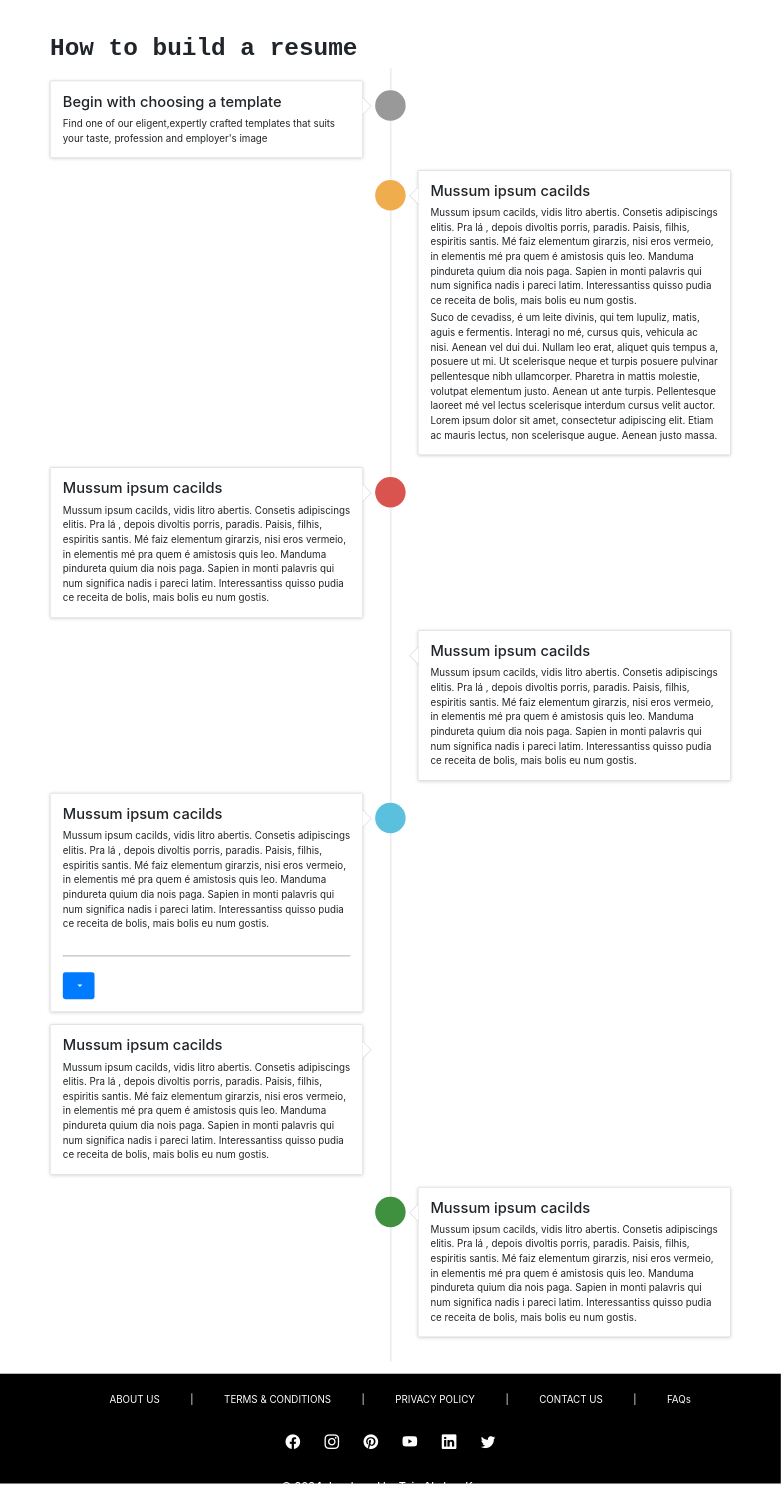
Repository: Tejaakshaykumar/MakeMyVita-Resume-Builder-Website
Page: / (app in frontend/)
These files come from the project's save history. The page is drawn as it stood at one moment and after a run of saves; the edit follows.
The browser window is 1280 px wide. The pictures show the whole page, at 61% of full size.
Some icons come from a web library that is not loaded, so they are not drawn. Some web fonts or font styles are not loaded; a fallback is used. Some web libraries are served in a nearby version. The project was rebuilt for these pictures with package versions that can differ from the ones it lists, and the page was loaded fresh each time. Also part of the build but not shown: frontend/src/App.css, frontend/src/containers/Navbar.js, frontend/src/containers/About.js, frontend/src/containers/Buildresume.js, frontend/src/containers/Images.js, frontend/src/containers/Features.js, frontend/src/containers/Review.js, frontend/src/containers/Trybox.js and 24 more.

Above is the page before, as saved 2024-06-16 23:23:41.

### frontend/public/index.html
<!DOCTYPE html>
<html lang="en">
  <head>
    <meta charset="utf-8" />
    <link rel="icon" href="../src/images/HubSpot Brand Kit (1)/Logo/JPEG/Favicon-32x32.jpeg" />
    <meta name="viewport" content="width=device-width, initial-scale=1" />
    <meta name="theme-color" content="#000000" />
    <meta
      name="description"
      content="Web site created using create-react-app"
    />
    <link rel="apple-touch-icon" href="../src/images/HubSpot Brand Kit (1)/Logo/JPEG/Favicon-32x32.jpeg" />
    <link rel="manifest" href="%PUBLIC_URL%/manifest.json" />
    <link rel="stylesheet" href="https://stackpath.bootstrapcdn.com/bootstrap/4.5.2/css/bootstrap.min.css">
  <link rel="stylesheet" href="https://stackpath.bootstrapcdn.com/font-awesome/4.7.0/css/font-awesome.min.css">
  <link href="https://cdn.jsdelivr.net/npm/bootstrap@5.3.3/dist/css/bootstrap.min.css" rel="stylesheet" integrity="sha384-QWTKZyjpPEjISv5WaRU9OFeRpok6YctnYmDr5pNlyT2bRjXh0JMhjY6hW+ALEwIH" crossorigin="anonymous">
  <link href="https://cdn.jsdelivr.net/npm/bootstrap-icons@1.7.2/font/bootstrap-icons.css" rel="stylesheet">
  <link rel="stylesheet" href="https://cdnjs.cloudflare.com/ajax/libs/bootstrap-icons/1.10.0/font/bootstrap-icons.min.css">
  <title>MakeMyVita</title>
  </head>
  <body>
    <noscript>You need to enable JavaScript to run this app.</noscript>
    <div id="root"></div>
  </body>
  <script src="https://cdn.jsdelivr.net/npm/bootstrap@5.3.3/dist/js/bootstrap.bundle.min.js" integrity="sha384-YvpcrYf0tY3lHB60NNkmXc5s9fDVZLESaAA55NDzOxhy9GkcIdslK1eN7N6jIeHz" crossorigin="anonymous"></script>
</html>

### frontend/src/containers/Howitworks.js
import React from 'react'

function Howitworks ()  {
    return (
        <div className="container">
        <div className="page-header">
          <h1 id="timeline">How to build a resume</h1>
        </div>
        <ul className="timeline">
          <li>
            <div className="timeline-badge">
              <i className="glyphicon glyphicon-check" />
            </div>
            <div className="timeline-panel">
              <div className="timeline-heading">
                <h4 className="timeline-title">Begin with choosing a template</h4>
                {/* <p>
                  <small className="text-muted">
                    <i className="glyphicon glyphicon-time" /> 11 hours ago via
                    Twitter
                  </small>
                </p> */}
              </div>
              <div className="timeline-body">
                <p>
                  Find one of our eligent,expertly crafted templates that suits your taste,
                  profession and employer's image
                </p>
              </div>
            </div>
          </li>
          <li className="timeline-inverted">
            <div className="timeline-badge warning">
              <i className="glyphicon glyphicon-credit-card" />
            </div>
            <div className="timeline-panel">
              <div className="timeline-heading">
                <h4 className="timeline-title">Mussum ipsum cacilds</h4>
              </div>
              <div className="timeline-body">
                <p>
                  Mussum ipsum cacilds, vidis litro abertis. Consetis adipiscings
                  elitis. Pra lá , depois divoltis porris, paradis. Paisis, filhis,
                  espiritis santis. Mé faiz elementum girarzis, nisi eros vermeio, in
                  elementis mé pra quem é amistosis quis leo. Manduma pindureta quium
                  dia nois paga. Sapien in monti palavris qui num significa nadis i
                  pareci latim. Interessantiss quisso pudia ce receita de bolis, mais
                  bolis eu num gostis.
                </p>
                <p>
                  Suco de cevadiss, é um leite divinis, qui tem lupuliz, matis, aguis
                  e fermentis. Interagi no mé, cursus quis, vehicula ac nisi. Aenean
                  vel dui dui. Nullam leo erat, aliquet quis tempus a, posuere ut mi.
                  Ut scelerisque neque et turpis posuere pulvinar pellentesque nibh
                  ullamcorper. Pharetra in mattis molestie, volutpat elementum justo.
                  Aenean ut ante turpis. Pellentesque laoreet mé vel lectus
                  scelerisque interdum cursus velit auctor. Lorem ipsum dolor sit
                  amet, consectetur adipiscing elit. Etiam ac mauris lectus, non
                  scelerisque augue. Aenean justo massa.
                </p>
              </div>
            </div>
          </li>
          <li>
            <div className="timeline-badge danger">
              <i className="glyphicon glyphicon-credit-card" />
            </div>
            <div className="timeline-panel">
              <div className="timeline-heading">
                <h4 className="timeline-title">Mussum ipsum cacilds</h4>
              </div>
              <div className="timeline-body">
                <p>
                  Mussum ipsum cacilds, vidis litro abertis. Consetis adipiscings
                  elitis. Pra lá , depois divoltis porris, paradis. Paisis, filhis,
                  espiritis santis. Mé faiz elementum girarzis, nisi eros vermeio, in
                  elementis mé pra quem é amistosis quis leo. Manduma pindureta quium
                  dia nois paga. Sapien in monti palavris qui num significa nadis i
                  pareci latim. Interessantiss quisso pudia ce receita de bolis, mais
                  bolis eu num gostis.
                </p>
              </div>
            </div>
          </li>
          <li className="timeline-inverted">
            <div className="timeline-panel">
              <div className="timeline-heading">
                <h4 className="timeline-title">Mussum ipsum cacilds</h4>
              </div>
              <div className="timeline-body">
                <p>
                  Mussum ipsum cacilds, vidis litro abertis. Consetis adipiscings
                  elitis. Pra lá , depois divoltis porris, paradis. Paisis, filhis,
                  espiritis santis. Mé faiz elementum girarzis, nisi eros vermeio, in
                  elementis mé pra quem é amistosis quis leo. Manduma pindureta quium
                  dia nois paga. Sapien in monti palavris qui num significa nadis i
                  pareci latim. Interessantiss quisso pudia ce receita de bolis, mais
                  bolis eu num gostis.
                </p>
              </div>
            </div>
          </li>
          <li>
            <div className="timeline-badge info">
              <i className="glyphicon glyphicon-floppy-disk" />
            </div>
            <div className="timeline-panel">
              <div className="timeline-heading">
                <h4 className="timeline-title">Mussum ipsum cacilds</h4>
              </div>
              <div className="timeline-body">
                <p>
                  Mussum ipsum cacilds, vidis litro abertis. Consetis adipiscings
                  elitis. Pra lá , depois divoltis porris, paradis. Paisis, filhis,
                  espiritis santis. Mé faiz elementum girarzis, nisi eros vermeio, in
                  elementis mé pra quem é amistosis quis leo. Manduma pindureta quium
                  dia nois paga. Sapien in monti palavris qui num significa nadis i
                  pareci latim. Interessantiss quisso pudia ce receita de bolis, mais
                  bolis eu num gostis.
                </p>
                <hr />
                <div className="btn-group">
                  <button
                    type="button"
                    className="btn btn-primary btn-sm dropdown-toggle"
                    data-toggle="dropdown"
                  >
                    <i className="glyphicon glyphicon-cog" />{" "}
                    <span className="caret" />
                  </button>
                  <ul className="dropdown-menu" role="menu">
                    <li>
                      <a href="#">Action</a>
                    </li>
                    <li>
                      <a href="#">Another action</a>
                    </li>
                    <li>
                      <a href="#">Something else here</a>
                    </li>
                    <li className="divider" />
                    <li>
                      <a href="#">Separated link</a>
                    </li>
                  </ul>
                </div>
              </div>
            </div>
          </li>
          <li>
            <div className="timeline-panel">
              <div className="timeline-heading">
                <h4 className="timeline-title">Mussum ipsum cacilds</h4>
              </div>
              <div className="timeline-body">
                <p>
                  Mussum ipsum cacilds, vidis litro abertis. Consetis adipiscings
                  elitis. Pra lá , depois divoltis porris, paradis. Paisis, filhis,
                  espiritis santis. Mé faiz elementum girarzis, nisi eros vermeio, in
                  elementis mé pra quem é amistosis quis leo. Manduma pindureta quium
                  dia nois paga. Sapien in monti palavris qui num significa nadis i
                  pareci latim. Interessantiss quisso pudia ce receita de bolis, mais
                  bolis eu num gostis.
                </p>
              </div>
            </div>
          </li>
          <li className="timeline-inverted">
            <div className="timeline-badge success">
              <i className="glyphicon glyphicon-thumbs-up" />
            </div>
            <div className="timeline-panel">
              <div className="timeline-heading">
                <h4 className="timeline-title">Mussum ipsum cacilds</h4>
              </div>
              <div className="timeline-body">
                <p>
                  Mussum ipsum cacilds, vidis litro abertis. Consetis adipiscings
                  elitis. Pra lá , depois divoltis porris, paradis. Paisis, filhis,
                  espiritis santis. Mé faiz elementum girarzis, nisi eros vermeio, in
                  elementis mé pra quem é amistosis quis leo. Manduma pindureta quium
                  dia nois paga. Sapien in monti palavris qui num significa nadis i
                  pareci latim. Interessantiss quisso pudia ce receita de bolis, mais
                  bolis eu num gostis.
                </p>
              </div>
            </div>
          </li>
        </ul>
      </div>
    )
  }

export default Howitworks

### frontend/src/components/Step1Template.css
.step-container1 {
    margin-top: 50px;
    display: flex;
    flex-direction: column;
    text-align: center;
    /* align-items: end; */
    background:linear-gradient(to bottom,white,lightblue,rgb(255, 255, 255));
  }

  .step-container1 h2 {
    font-size: 5rem;
    font-family: 'Franklin Gothic Medium', 'Arial Narrow', Arial, sans-serif;
  }
  .search-box {
    align-self: self-end;
    padding: 40px 70px;
  }
  .template-list {
    display: flex;
    flex-wrap: wrap;
    gap: 10px;
    margin-top: 20px;
    padding: 20px 0;
  }

  .template-item {
    width: 20%;
    height: 55vh;
    border: 2px solid #d2daeb;
    border-radius: 5px;
    padding: 10px;
    text-align: center;
    cursor: pointer;
    margin: 0 40px;
    margin-bottom: 50px;
    background-color: #fff;
  }

  .template-item.selected {
    border-color: #007bff;
  }

  .template-item img {
    width: 100%;
    height: auto;
    display: block;
  }

  button {
    margin-top: 20px;
    padding: 10px 20px;
    background-color: #007bff;
    color: #fff;
    border: none;
    border-radius: 5px;
    cursor: pointer;
  }

  button:disabled {
    background-color: #ddd;
    cursor: not-allowed;
  }

### frontend/src/components/components.css
  /* Personal-details */
  .step-container-personal-details {
    padding: 20px;
    max-width: 800px;
    margin: 0 auto;
    background-color: #ffffff;
    border: 1px solid #ccc;
    border-radius: 8px;
  }

  h2 {
    text-align: center;
    margin-bottom: 20px;
    font-size: 3rem;
    font-family:'Franklin Gothic Medium', 'Arial Narrow', Arial, sans-serif ;
    font-weight: 300;
    color: #000000;

  }

  .step-container-personal-details form {
    display: flex;
    flex-direction: column;
  }

  .form-row {
    display: flex;
    justify-content: space-between;
    margin-bottom: 15px;
  }

  .form-group {
    flex: 1;
    margin-right: 10px;
  }

  .form-group:last-child {
    margin-right: 0;
  }

  label {
    display: block;
    margin-bottom: 5px;
    font-weight: bold;
  }

  input {
    width: 100%;
    padding: 10px;
    border: 1px solid #ccc;
    border-radius: 4px;
  }

  .buttons {
    display: flex;
    justify-content: space-between;
    margin-top: 20px;
    /* margin: 20px 20px; */
  }

  .buttons button {
    padding: 10px 20px;
    border: none;
    border-radius: 4px;
    background-color: #007bff;
    color: white;
    cursor: pointer;
    transition: background-color 0.3s;
  }

  .buttons button:hover {
    background-color: #0056b3;
  }

  .buttons button:disabled {
    background-color: #cccccc;
    cursor: not-allowed;
  }

  /* education-details */
  .step-container {
    padding: 20px;
    max-width: 800px;
    margin: 0 auto;
    background-color: #ffffff;
    border: 1px solid #ccc;
    border-radius: 8px;
  }

  .step-container h2 {
    text-align: center;
    margin-bottom: 20px;
    margin-top: 20px;
  }

  .step-container p {
    text-align: center;
    margin-bottom: 20px;
  }

  hr {
    margin-top: 40px;
    text-align: center;
    /* color: rgb(0, 0, 255); */
    border: 1px solid rgb(0, 0, 0);
  }

  .education-entry {
    margin-bottom: 20px;
    padding: 10px 50px;
  }

  .education-entry label {
    display: block;
    margin-top: 10px;
    font-weight: bold;
  }

  .education-entry input {
    width: 100%;
    padding: 10px;
    margin-top: 5px;
    border: 1px solid #ccc;
    border-radius: 4px;
  }

  button[type="button"] {
    margin-top: 10px;
    padding: 10px 20px;
    border: none;
    border-radius: 4px;
    background-color: #007bff;
    color: white;
    cursor: pointer;
    transition: background-color 0.3s;
  }

  button[type="button"]:hover {
    background-color: #0056b3;
  }

  .buttons {
    display: flex;
    justify-content: space-between;
    margin-top: 20px;
  }

  .buttons button {
    padding: 10px 20px;
    border: none;
    border-radius: 4px;
    background-color: #007bff;
    color: white;
    cursor: pointer;
    transition: background-color 0.3s;
  }

  .buttons button:hover {
    background-color: #0056b3;
  }

  .buttons button:disabled {
    background-color: #cccccc;
    cursor: not-allowed;
  }

  /* experience */
  .experience-entry {
    margin-bottom: 20px;
    padding: 10px 50px;
  }

  .experience-entry label {
    display: block;
    margin-top: 10px;
    font-weight: bold;
  }

  .experience-entry input {
    width: 100%;
    padding: 10px;
    margin-top: 5px;
    border: 1px solid #ccc;
    border-radius: 4px;
  }

  /* project-details */

  .project-entry {
    margin-bottom: 20px;
    padding: 10px 50px;
  }

  .project-entry label {
    display: block;
    margin-top: 10px;
    font-weight: bold;
  }

  .project-entry input {
    width: 100%;
    padding: 10px;
    margin-top: 5px;
    border: 1px solid #ccc;
    border-radius: 4px;
  }

  /* additional-sections */
  .additional-section {
    margin-bottom: 20px;
    padding: 10px 50px;
  }

  .additional-section h3 {
    margin-top: 20px;
    margin-bottom: 10px;
    font-weight: bold;
  }

  .additional-section input {
    width: 100%;
    padding: 10px;
    margin-top: 5px;
    margin-bottom: 10px;
    border: 1px solid #ccc;
    border-radius: 4px;
  }

  /* skills */

  .skills-section {
    margin-bottom: 20px;
    padding: 10px 50px;

  }

  .skills-section h3 {
    margin-top: 20px;
    margin-bottom: 10px;
    font-weight: bold;
  }

  .skills-section input {
    width: 100%;
    padding: 10px;
    margin-top: 5px;
    margin-bottom: 10px;
    border: 1px solid #ccc;
    border-radius: 4px;
  }

### frontend/src/templates/temp1.css


  .resume-container {
    display: flex;
    height: 11in;
    width: 8.5in;
    margin: 20px auto;
    background: #ffffff;
    box-shadow: 0 0 10px rgba(0, 0, 0, 0.1);
    flex-direction: row;
  }

  .left-panel {
    width: 28%;
    background: #c7cbcc;
    padding: 20px;
    box-sizing: border-box;
  }

  .right-panel {
    background: #ffffff;
    width: 72%;
    padding: 20px;
    box-sizing: border-box;
  }

  .profile-pic img {
    width: 150px;
    height: 150px;
    border-radius: 50%;
    object-fit: cover;
    display:block;
    margin: 0 auto 20px;
  }

  h3 {
    font-family:  monospace;
    /* font-size: medium; */
  }

  h1, h2 {
    margin-top: 5%;
    font-family:  monospace;
    font-weight: 700;
  }
  .contact-info, .education, .skills {
    margin-bottom: 20px;
  }

  .contact-info h2, .education h2, .skills h2 {
    font-size: 1.2em;
    border-bottom: 2px solid #ccc;
    padding-bottom: 2px;
    margin-bottom: 10px;
  }

  .contact-info p, .education p, .skills ul {
    margin: 0;
    font-size: small;
    font-family:Cambria, Cochin, Georgia, Times, 'Times New Roman', serif;
  }

  .skills ul {
    /* list-style: none; */
    padding-left: 10%;
  }

  .skills ul li {
    background: #d0d4d5;
    margin-bottom: 5px;
    padding: 2px;
    border-radius: 3px;
  }

  .right-panel h1 {
    font-size: 2em;
  }

  .right-panel h2 {
    font-size: 1.5em;
    margin-bottom: 10px;
  }

  .profile, .experience {
    margin-bottom: 20px;
  }

  .experience h3 {
    margin-top: 0;
  }

  .experience ul {
    list-style-type: disc;
    margin-left: 20px;
    font-size: small;
    font-family:Arial, Helvetica, sans-serif;
  }

### frontend/src/templates/temp2.css
.resume {
    font-family:'Times New Roman', Times, serif;
    margin: 0 auto;
    height: 11in;
    width: 8.5in;
    padding: 20px 50px;
    background-color: rgb(255, 255, 255);
    font-size: 0.8rem;
  }

  .header {
    display: flex;
    flex-direction: row;
    height: 12vh;
  }

  .top-left {
    display: flex;
    flex-direction: row;
    width: 60%;
  }

  .header p {
    margin: 0;
  }

  .image img{
    width: 80%;
  }

  .myself {
    width: 85%;
    padding-top: 20px;
    text-align: left;
  }

  .myself h1 {
    font-size: 1.2rem;
    font-weight: 500;
  }

  .top-right {
    margin-top: 10px;
    text-align: end;
    width: 40%;
  }



  .section {
    margin-bottom: 20px;
  }

  .section h2 {
    border-bottom: 2px solid #000;
    /* padding-bottom: 5px; */
    font-size: 1.2rem;
    font-weight: 600;
  }

  .edu {
    display: flex;
    flex-direction: row;
    margin: 0px;
  }

  .l {
    text-align: left;
    width: 70%;
  }

  .r {
    text-align: right;
    width: 30%;
    margin: 0 0 0px 0;
  }

  .r p {
    margin: 0px 0px 0px 0px;
  }

  li {
    padding:0;
  }

Loaded but not shown: frontend/src/index.js (common file); frontend/src/index.css (common file); frontend/src/reportWebVitals.js (common file); frontend/src/App.js (186 lines, source omitted); frontend/src/containers/Foot.js (64 lines, source omitted); frontend/src/pages/pagestyles.css (707 lines, source omitted); frontend/src/containers/cont.css (531 lines, source omitted); frontend/src/components/Roadmap.css (231 lines, source omitted)

After the next 4 saves:
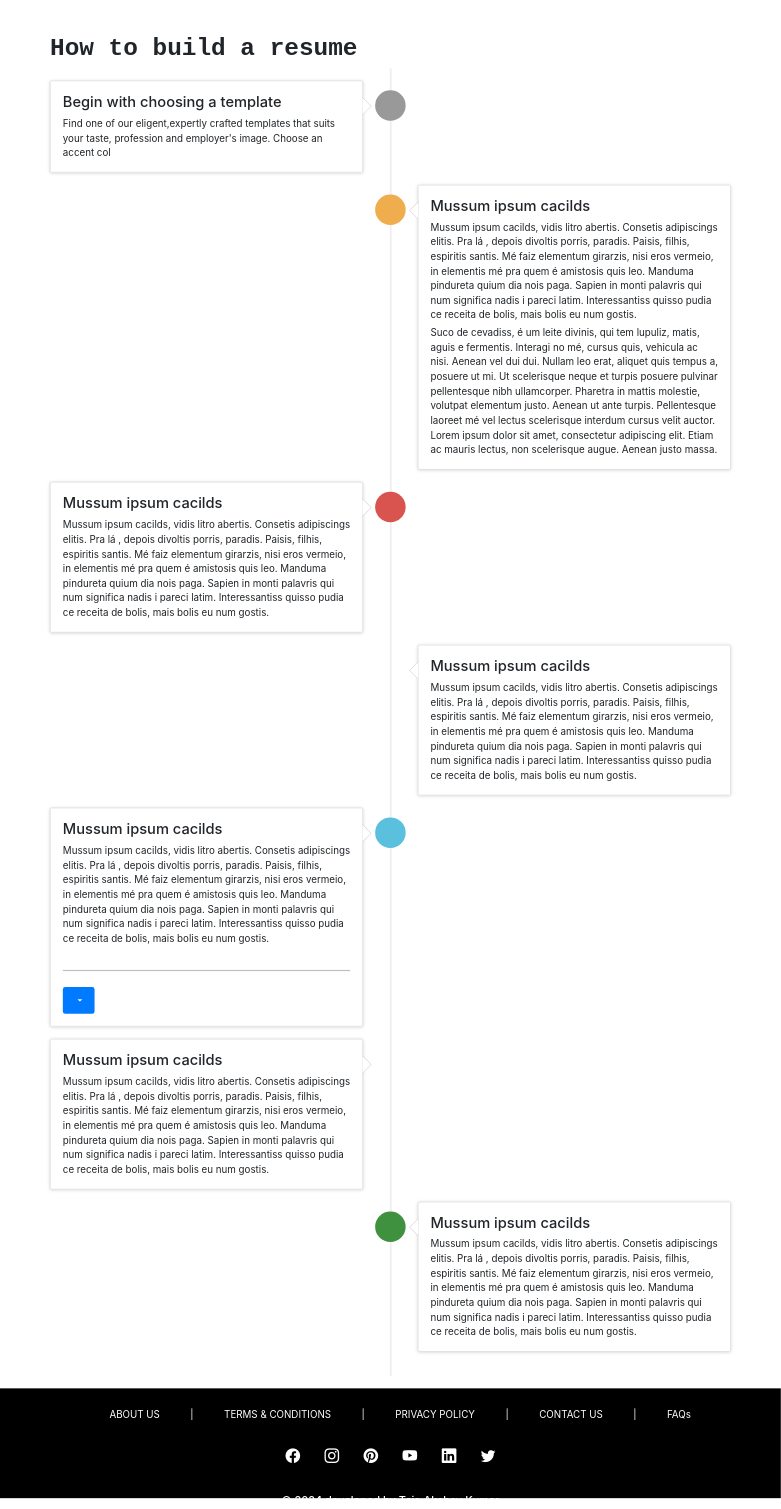
The 4 saves are shown as one change because they came seconds apart.
The last was saved 11 s later.
--- a/frontend/src/containers/Howitworks.js
+++ b/frontend/src/containers/Howitworks.js
@@ -24,7 +24,7 @@ function Howitworks ()  {
               <div className="timeline-body">
                 <p>
                   Find one of our eligent,expertly crafted templates that suits your taste,
-                  profession and employer's image
+                  profession and employer's image. Choose an accent col
                 </p>
               </div>
             </div>
